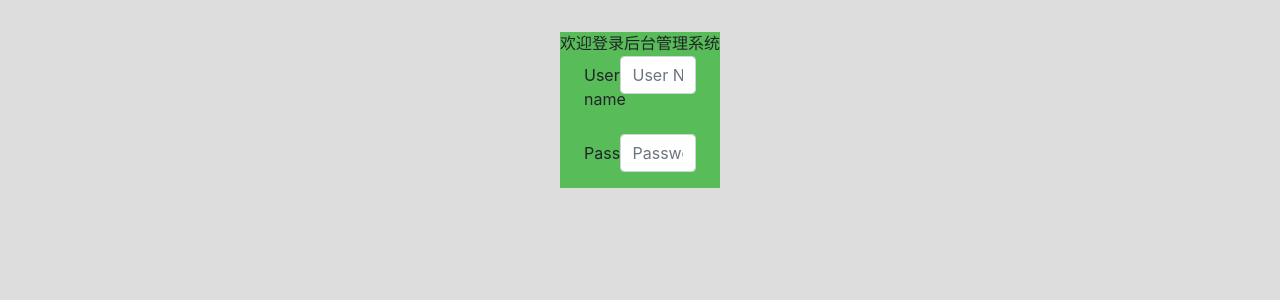
Repository: Rayfang0719/Vue-admin
Page: /
The author's editor kept a copy of each file at every save. The page is drawn from the files as they stood at one save, then again after the next save.
The browser window is 1280 px wide. The pictures show the whole page.
The project was rebuilt for these pictures with package versions that can differ from the ones it lists, and the page was loaded fresh each time. Also part of the build but not shown: vue.config.js.

Above is the page before, as saved 2019-05-11 10:00:09.

After the next save:
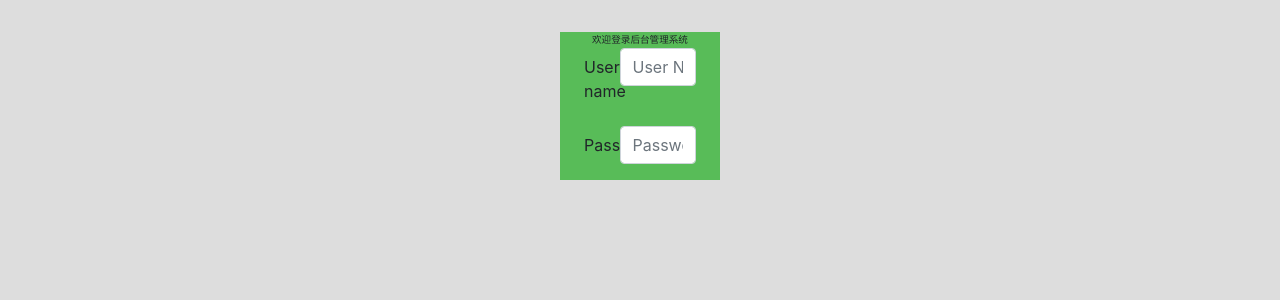
Saved 16 s later.
--- a/src/pages/login.vue
+++ b/src/pages/login.vue
@@ -36,7 +36,8 @@ export default {
     h3{
         margin: .133333rem auto;
         text-align: center;
-        font-size: 1rem;
+        font-size: .6rem;
+        font-weight: 500;
     }
     .login-form{
         width:7rem;
